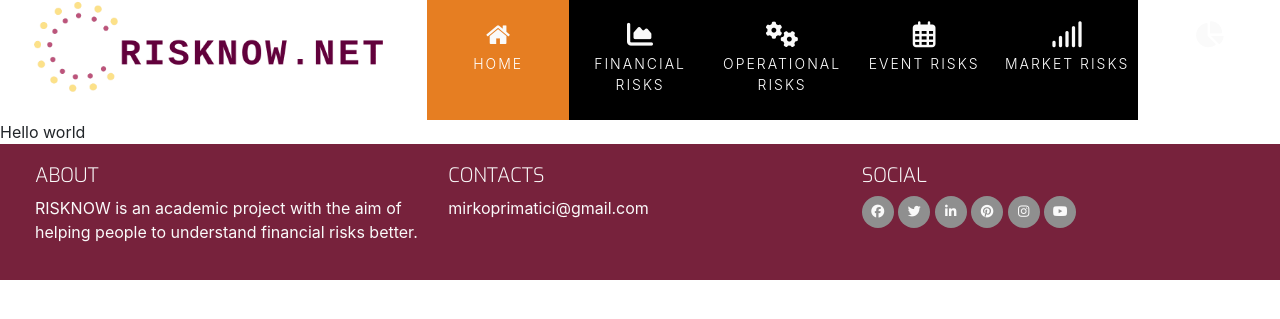
Repository: mirkoprimaticix/risknow.net
Page: index.html
The author's editor kept a record of every edit. The page is drawn from the files as they stood at one moment, then again after the next edit.
The browser window is 1280 px wide. The pictures show the whole page.
Some web libraries are served in a nearby version.

Above is the page before.
Console error: TypeError: Cannot read properties of undefined (reading 'fn')

After the next edit:
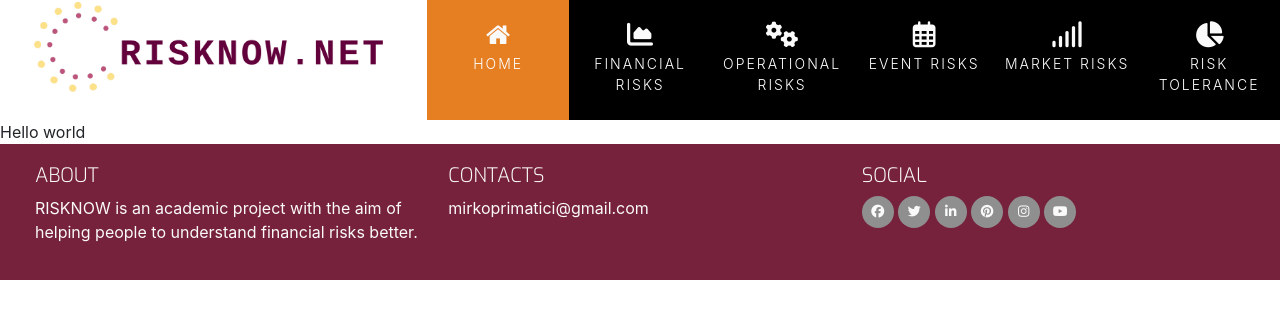
The edit:
--- a/assets/css/style.css
+++ b/assets/css/style.css
@@ -42,7 +42,7 @@
     background-color: black;
 }
 
-.ui-menu-color-fr {
+.ui-menu-color-rt {
     background-color: black;
 }
 
